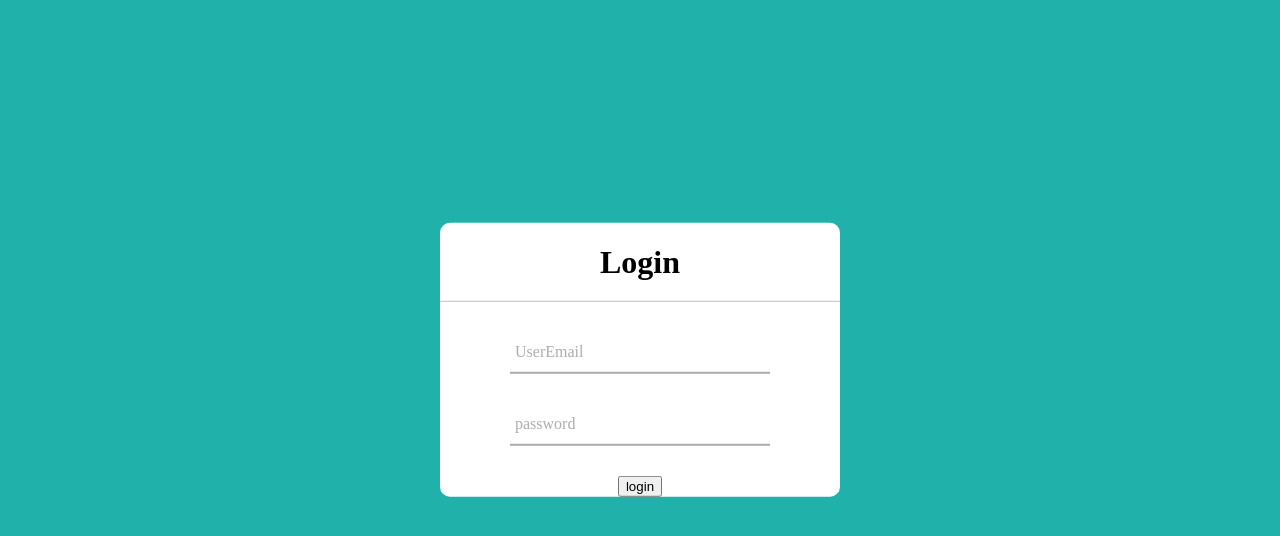
Repository: Aref19/eshop_frontEnd
Page: /
These files come from the project's save history. The page is drawn as it stood at one moment and after the next save; the edit follows.
The browser window is 1280 px wide. The pictures show the whole page.
The project was rebuilt for these pictures with package versions that can differ from the ones it lists, and the page was loaded fresh each time.

Above is the page before, as saved 2023-02-24 00:06:59.

### src/App.js
import './App.css';
import Login from './component/Login'

function App() {
  return (
    <div className="App">
     <Login/>
    </div>
  );
}

export default App;

### src/component/Login.js
import "../css/Login.css"


function Login() {
    return (
        <>
            <div className="center">
                <h1>Login</h1>
                <form method="post">
                    <div className="txt_field">
                        <input type={Text} required></input>
                        <snap></snap>
                        <label>UserEmail</label>

                    </div>
                    <div className="txt_field">
                        <input type={"password"} required></input>
                        <span></span>
                        <label>password</label>

                    </div>
                    <input type={"submit"} value="login"></input>

                </form>

            </div>

        </>
    )
}

export default Login;

### src/css/Login.css
body{
    margin: 0;
    padding: 0;
    font-family: montserrat ;
    background-color: lightseagreen;
    height: 100vh;
    overflow: hidden;

}

.center
{
    position: absolute;
    top: 50%;
    left: 50%;
    transform: translate(-50%,-50%);
    width: 400px;
    background-color: white;
    border-radius: 10px;


}

.center h1{
    text-align: center;
    padding: 0 0 20px 0;
    border-bottom: 1px solid silver;
}

.center form{
    padding: 0 40px;
    box-sizing: border-box;
}

form .txt_field{
    position: relative;
    border-bottom: 2px solid #adadad;
    margin: 30px;
}

.txt_field input{
    width: 100%;
    padding: 0 5px;
    height: 40px;
    font-size: 16px ;
    border: none;
    background: none;
    outline: none;
}

.txt_field label{
    position: absolute;
    top: 50%;
    left: 5px;
    color: #adadad;
    transform: translateY(-50%);
    font-size: 16px;
    pointer-events: none;

}

.txt_field span::before{
    content: '';
    position: absolute;
    top: 40px;
    left: 0;
    width: 100%;
    height: 2px;
    background: #;
}

Loaded but not shown: public/index.html (common file); src/index.js (common file); src/index.css (common file); src/reportWebVitals.js (common file); src/App.css (common file)

After the next save:
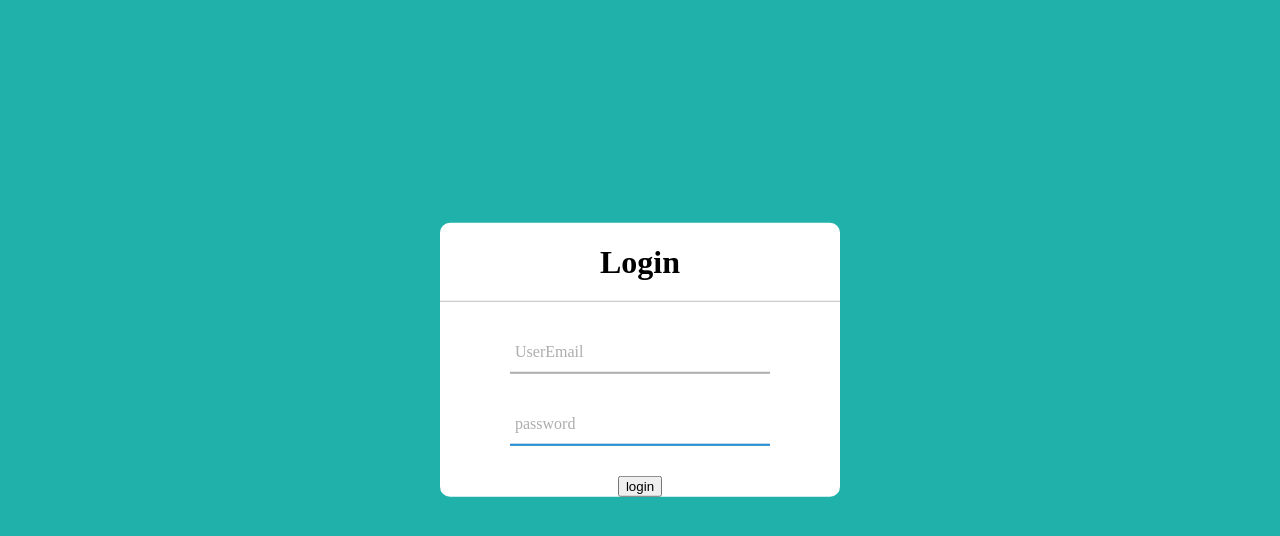
Saved 5 s later.
--- a/src/css/Login.css
+++ b/src/css/Login.css
@@ -66,5 +66,5 @@ form .txt_field{
     left: 0;
     width: 100%;
     height: 2px;
-    background: #;
+    background: #2691d9;
 }
